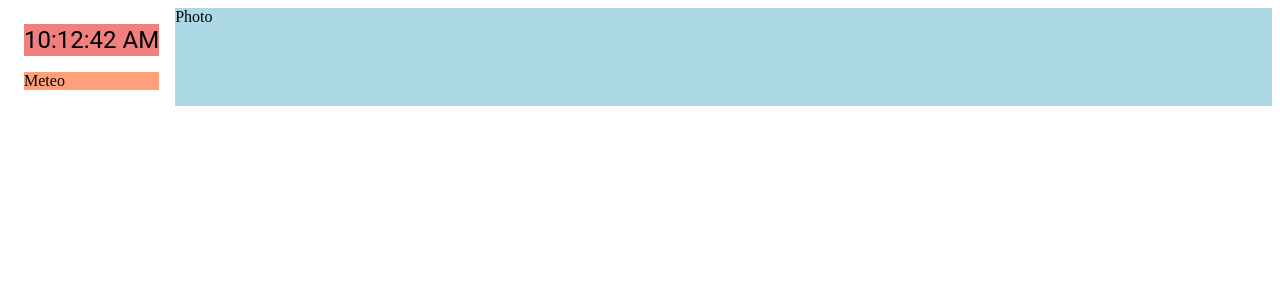
Repository: songvi/meteo
Page: /
The author's editor kept a copy of each file at every save. The page is drawn from the files as they stood at one save, then again after the next save.
The browser window is 1280 px wide. The pictures show the whole page.
The project was rebuilt for these pictures with package versions that can differ from the ones it lists, and the page was loaded fresh each time. Also part of the build but not shown: src/App.css.

Above is the page before, as saved 2023-04-02 23:25:57.

After the next save:
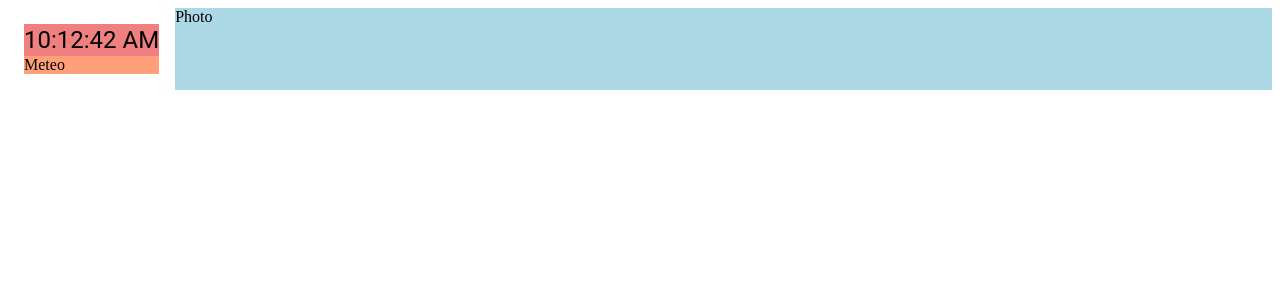
Saved 28 s later.
--- a/src/app/Navbar.tsx
+++ b/src/app/Navbar.tsx
@@ -7,7 +7,7 @@
     return (
         <Box>
             <Stack direction={'row'}>
-                <Stack p={2} spacing={2} direction={'column'} justifyContent={'center'}>
+                <Stack p={2}  direction={'column'} justifyContent={'center'}>
                     <Datetime />
                     <Meteo />
                 </Stack>

After the save that followed:
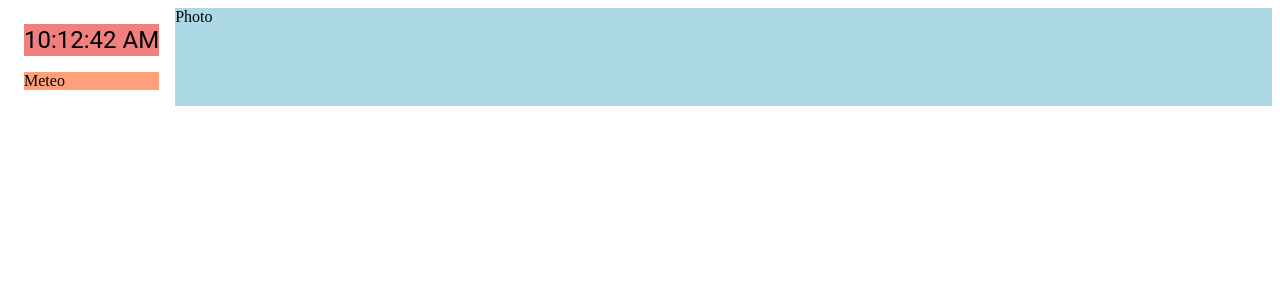
Saved 4 s later.
--- a/src/app/Navbar.tsx
+++ b/src/app/Navbar.tsx
@@ -7,7 +7,7 @@
     return (
         <Box>
             <Stack direction={'row'}>
-                <Stack p={2}  direction={'column'} justifyContent={'center'}>
+                <Stack p={2} spacing={2} direction={'column'} justifyContent={'center'}>
                     <Datetime />
                     <Meteo />
                 </Stack>
